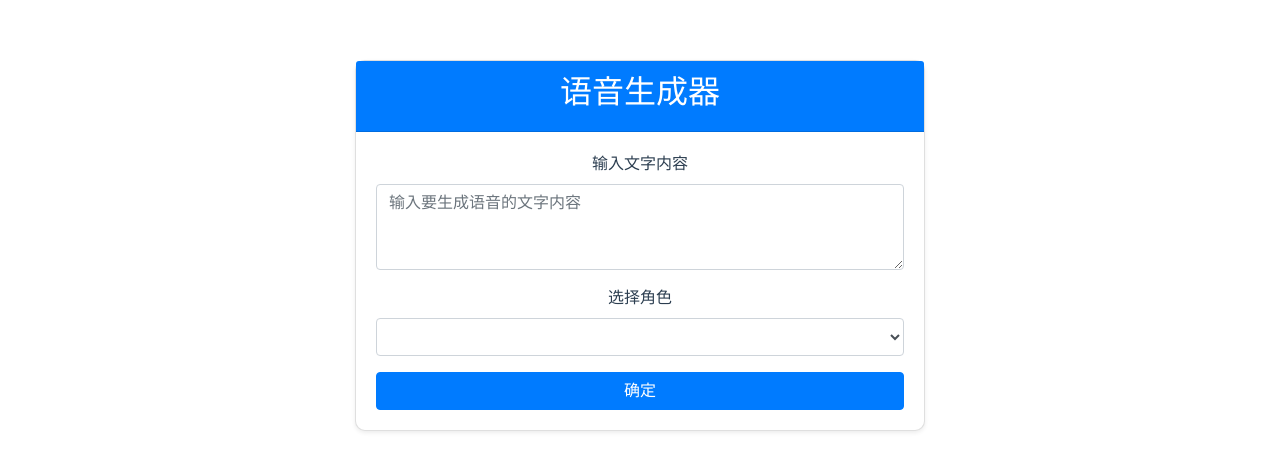
Repository: escapistmost/VOICE
Page: /
The author's editor kept a copy of each file at every save. The page is drawn from the files as they stood at one save, then again after the next save.
The browser window is 1280 px wide. The pictures show the whole page.
The project was rebuilt for these pictures with package versions that can differ from the ones it lists, and the page was loaded fresh each time. Also part of the build but not shown: vue.config.js.

Above is the page before, as saved 2024-06-01 18:38:07.

After the next save:
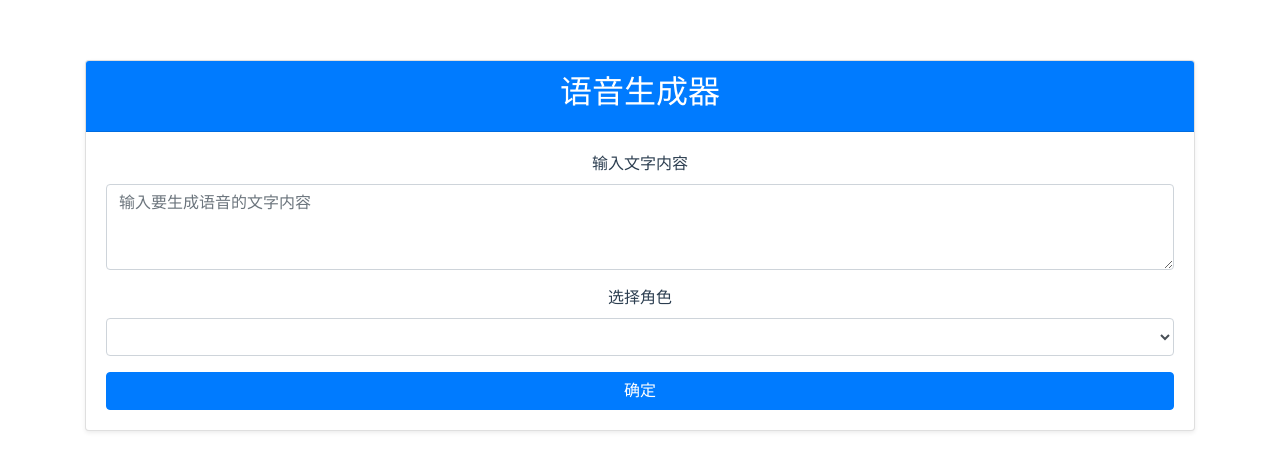
Saved 3 min 33 s later.
--- a/src/components/VoiceGenerator.vue
+++ b/src/components/VoiceGenerator.vue
@@ -37,19 +37,28 @@ export default {
   },
   methods: {
     async generateVoice() {
-      // 将 text 和 selectedRole 发送到 API 以生成语音
-      const response = await fetch('API_ENDPOINT', {
-        method: 'POST',
-        headers: {
-          'Content-Type': 'application/json'
-        },
-        body: JSON.stringify({
-          text: this.text,
-          role: this.selectedRole
-        })
-      });
-      const data = await response.json();
-      this.audioUrl = data.audioUrl; // 假设 API 返回生成语音的 URL
+      try {
+        const response = await fetch('API_ENDPOINT', {
+          method: 'POST',
+          headers: {
+            'Content-Type': 'application/json'
+          },
+          body: JSON.stringify({
+            text: this.text,
+            role: this.selectedRole
+          })
+        });
+
+        if (!response.ok) {
+          throw new Error(`HTTP error! status: ${response.status}`);
+        }
+
+        const data = await response.json();
+        this.audioUrl = data.audioUrl; // 假设 API 返回生成语音的 URL
+      } catch (error) {
+        console.error('Error:', error);
+        alert('生成语音时发生错误，请检查控制台以获取更多信息。');
+      }
     },
     downloadVoice() {
       const link = document.createElement('a');
@@ -60,12 +69,3 @@ export default {
   }
 };
 </script>
-
-<style scoped>
-.container {
-  max-width: 600px;
-}
-.card {
-  border-radius: 10px;
-}
-</style>
